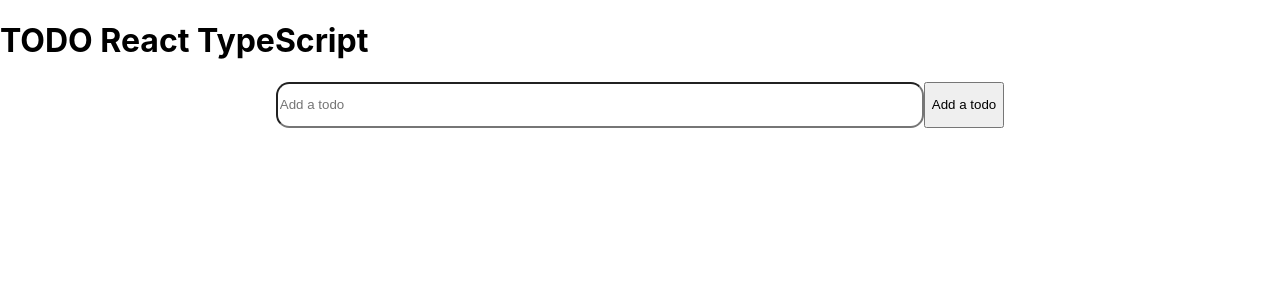
Repository: gligor99/todo-ts-react
Page: /
An editor plug-in stored every save of this project. The page is shown before and after the next save, followed by the edit.
The browser window is 1280 px wide. The pictures show the whole page.
The project was rebuilt for these pictures with package versions that can differ from the ones it lists, and the page was loaded fresh each time. Also part of the build but not shown: src/components/TodoListItem.tsx.

Above is the page before, as saved 2021-11-19 21:27:44.

After the next save:
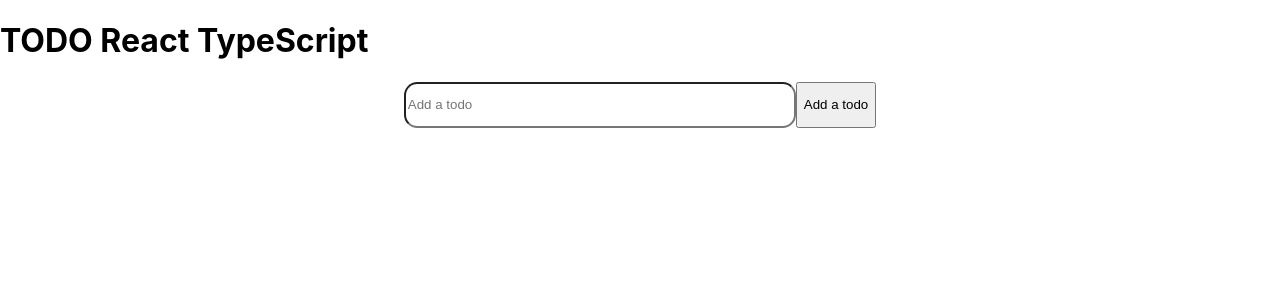
Saved 4 s later.
--- a/src/App.css
+++ b/src/App.css
@@ -5,5 +5,5 @@
 .todo-input {
     height: 3em;
     border-radius: 1em;
-    width: 50%;
+    width: 30%;
 }
